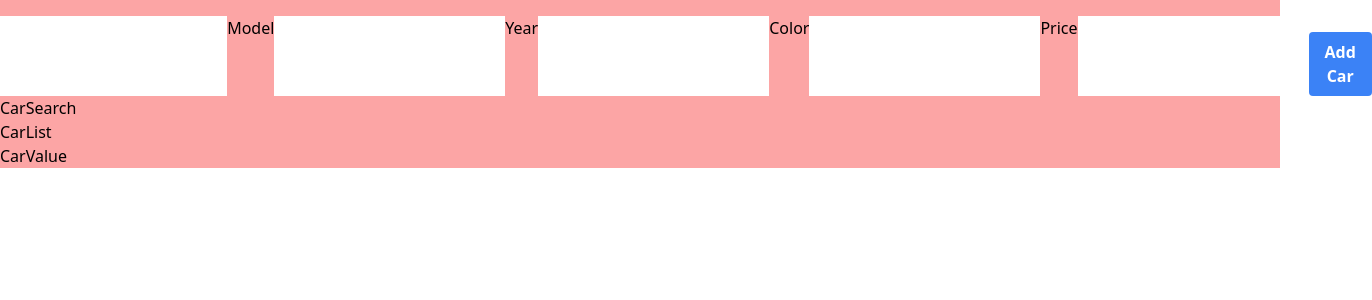
Repository: Marhamat92/carsappreduxtoolkit
Page: /
An editor plug-in stored every save of this project. The page is shown before and after the next save, followed by the edit.
The browser window is 1280 px wide. The page is 1372 px wide, then 1280 px, so the pictures cover 1372 px, including what lies to the right of the window. The pictures show the whole page.
The project was rebuilt for these pictures with package versions that can differ from the ones it lists, and the page was loaded fresh each time.

Above is the page before, as saved 2023-01-23 20:59:47.

After the next save:
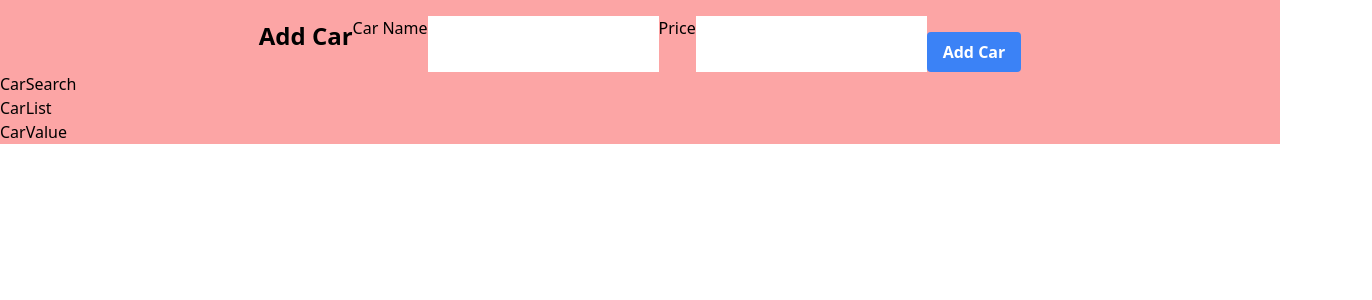
Saved 69 s later.
--- a/src/components/CarForm.js
+++ b/src/components/CarForm.js
@@ -6,14 +6,8 @@ function CarForm() {
       <h1 className='font-bold text-2xl' >Add Car</h1>
       <div className='mt-4'>
         <form className='flex flex-row'>
-          <label htmlFor='make'>Make</label>
-          <input type='text' name='make' id='make' />
-          <label htmlFor='model'>Model</label>
-          <input type='text' name='model' id='model' />
-          <label htmlFor='year'>Year</label>
-          <input type='text' name='year' id='year' />
-          <label htmlFor='color'>Color</label>
-          <input type='text' name='color' id='color' />
+          <label htmlFor='make'>Car Name</label>
+          <input type='text' name='carName' id='carName' />
           <label htmlFor='price'>Price</label>
           <input type='text' name='price' id='price' />
           <button className='bg-blue-500 hover:bg-blue-700 text-white font-bold py-2 px-4 rounded mt-4' type='submit'>Add Car</button>
